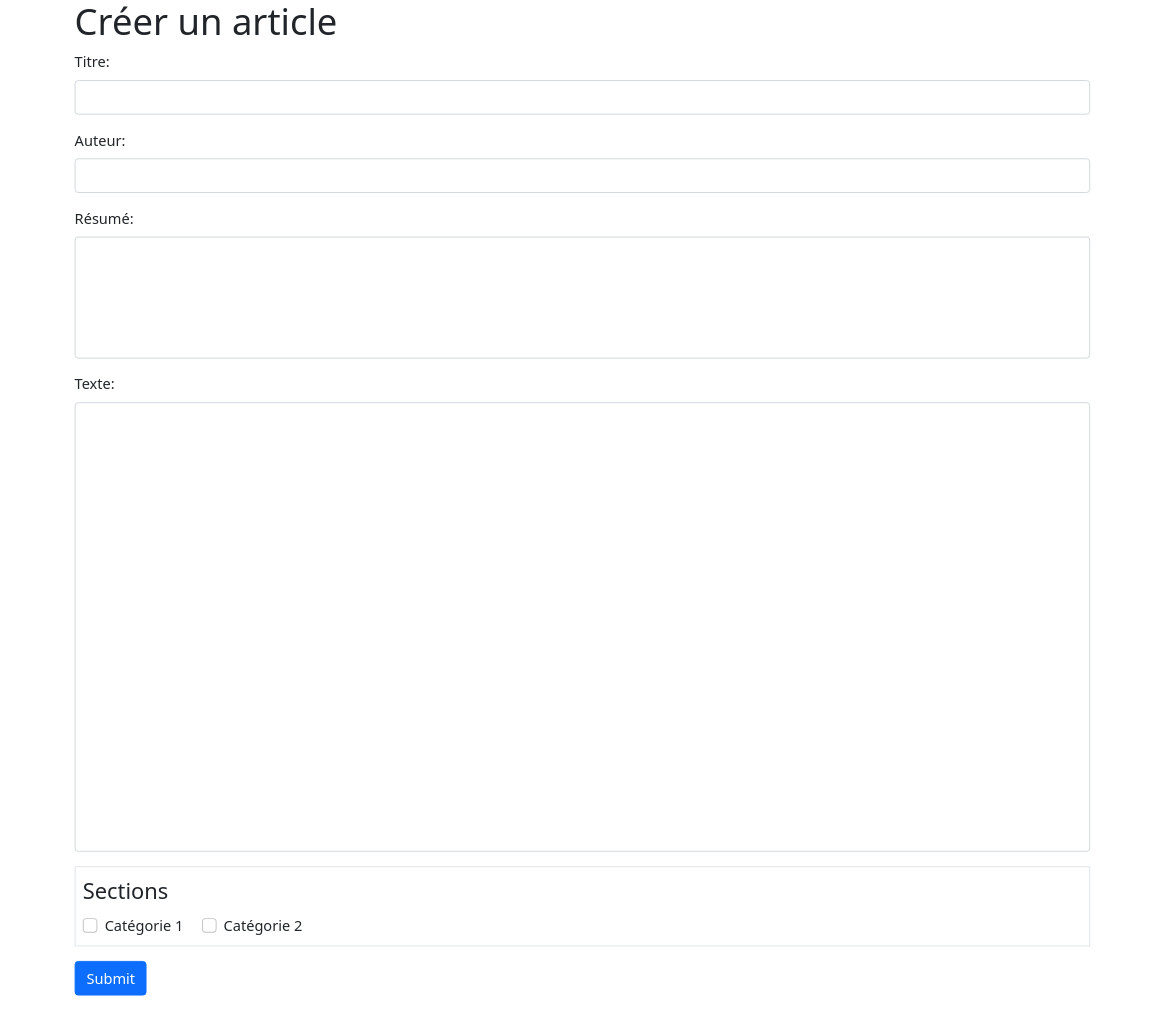
Repository: QuentinFayt/NewsWeb
Page: sources/adminNewsWeb/createArticle.html
These files come from the project's save history. The page is drawn as it stood at one moment and after the next save; the edit follows.
The browser window is 1280 px wide. The pictures show the whole page, at 91% of full size.

Above is the page before, as saved 2021-12-23 11:19:46.

### sources/adminNewsWeb/createArticle.html
<!doctype html>
<html lang="fr">

<head>
    <!-- Required meta tags -->
    <meta charset="utf-8">
    <meta name="viewport" content="width=device-width, initial-scale=1">

    <!-- Bootstrap CSS -->
    <link href="https://cdn.jsdelivr.net/npm/bootstrap@5.1.3/dist/css/bootstrap.min.css" rel="stylesheet" integrity="sha384-1BmE4kWBq78iYhFldvKuhfTAU6auU8tT94WrHftjDbrCEXSU1oBoqyl2QvZ6jIW3" crossorigin="anonymous">

    <title>Créer un article</title>
</head>

<body>
    <main class="container">
        <h1>Créer un article</h1>
        <form>
            <div class="mb-3">
                <label for="titre" class="form-label">Titre:</label>
                <input name="title" type="text" class="form-control" id="titre" required>
            </div>
            <div class="mb-3">
                <label for="autor" class="form-label">Auteur:</label>
                <input name="autor" type="text" class="form-control" id="autor" required>
            </div>
            <div class="mb-3">
                <label for="summary" class="form-label">Résumé:</label>
                <textarea name="summary" class="form-control" id="summary" rows="5" style="resize: none;" required></textarea>
            </div>
            <div class="mb-3">
                <label for="text" class="form-label">Texte:</label>
                <textarea name="text" class="form-control" id="text" rows="20" style="resize: none;" required></textarea>
            </div>
            <fieldset class="border p-2 mb-3">
                <legend>Sections</legend>
                <div class="form-check form-check-inline">
                    <input name="section" class="form-check-input" type="checkbox" id="section1" value="option1">
                    <label class="form-check-label" for="section1">Catégorie 1</label>
                </div>
                <div class="form-check form-check-inline">
                    <input name="section" class="form-check-input" type="checkbox" id="section2" value="option2">
                    <label class="form-check-label" for="section2">Catégorie 2</label>
                </div>
            </fieldset>
            <div class="mb-3">
                <button type="submit" class="btn btn-primary">Submit</button>
            </div>
        </form>
    </main>
    <script src="https://cdn.jsdelivr.net/npm/bootstrap@5.1.3/dist/js/bootstrap.bundle.min.js" integrity="sha384-ka7Sk0Gln4gmtz2MlQnikT1wXgYsOg+OMhuP+IlRH9sENBO0LRn5q+8nbTov4+1p" crossorigin="anonymous"></script>
</body>

</html>

After the next save:
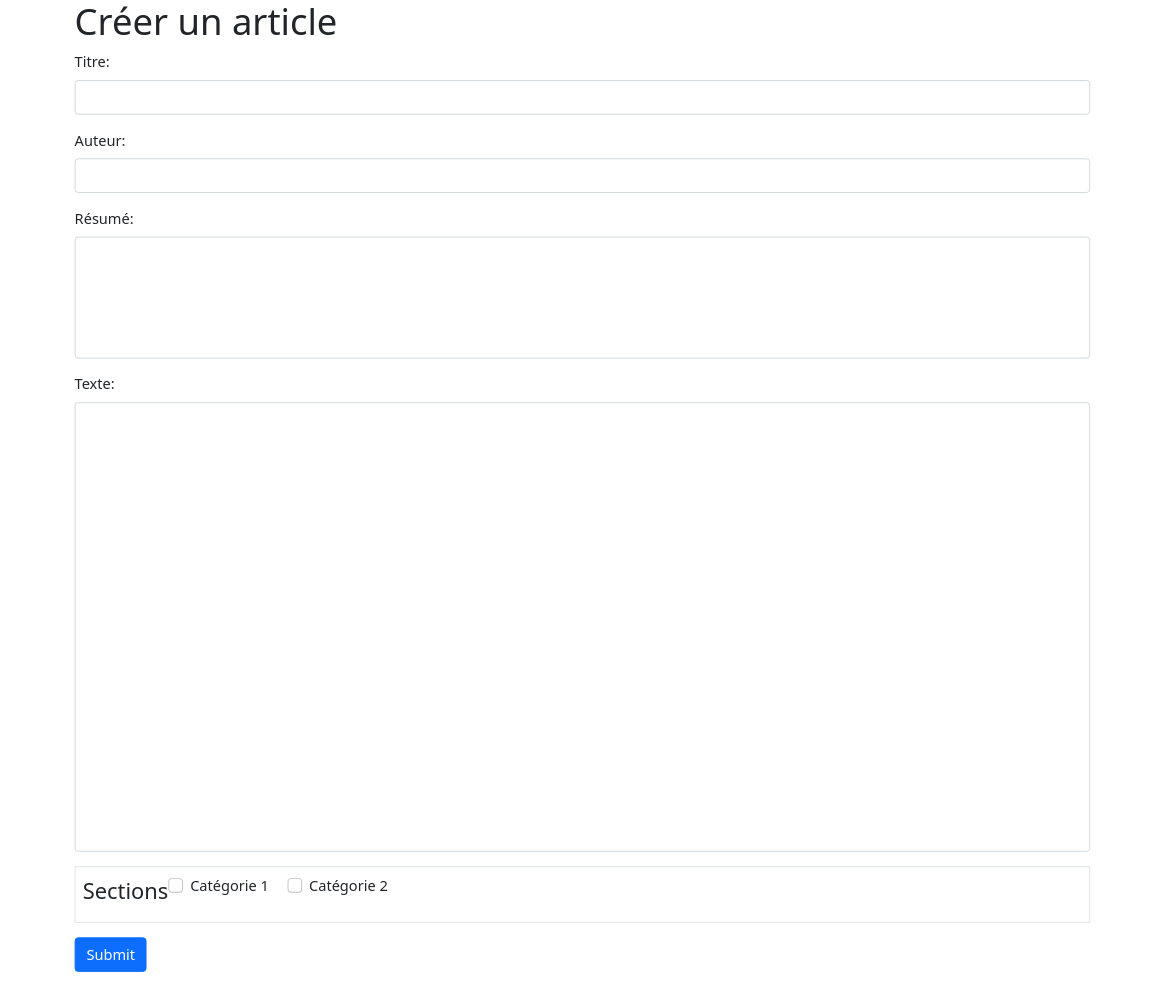
Saved 66 s later.
--- a/sources/adminNewsWeb/createArticle.html
+++ b/sources/adminNewsWeb/createArticle.html
@@ -33,7 +33,7 @@
                 <textarea name="text" class="form-control" id="text" rows="20" style="resize: none;" required></textarea>
             </div>
             <fieldset class="border p-2 mb-3">
-                <legend>Sections</legend>
+                <legend class="w-auto">Sections</legend>
                 <div class="form-check form-check-inline">
                     <input name="section" class="form-check-input" type="checkbox" id="section1" value="option1">
                     <label class="form-check-label" for="section1">Catégorie 1</label>

After the save that followed:
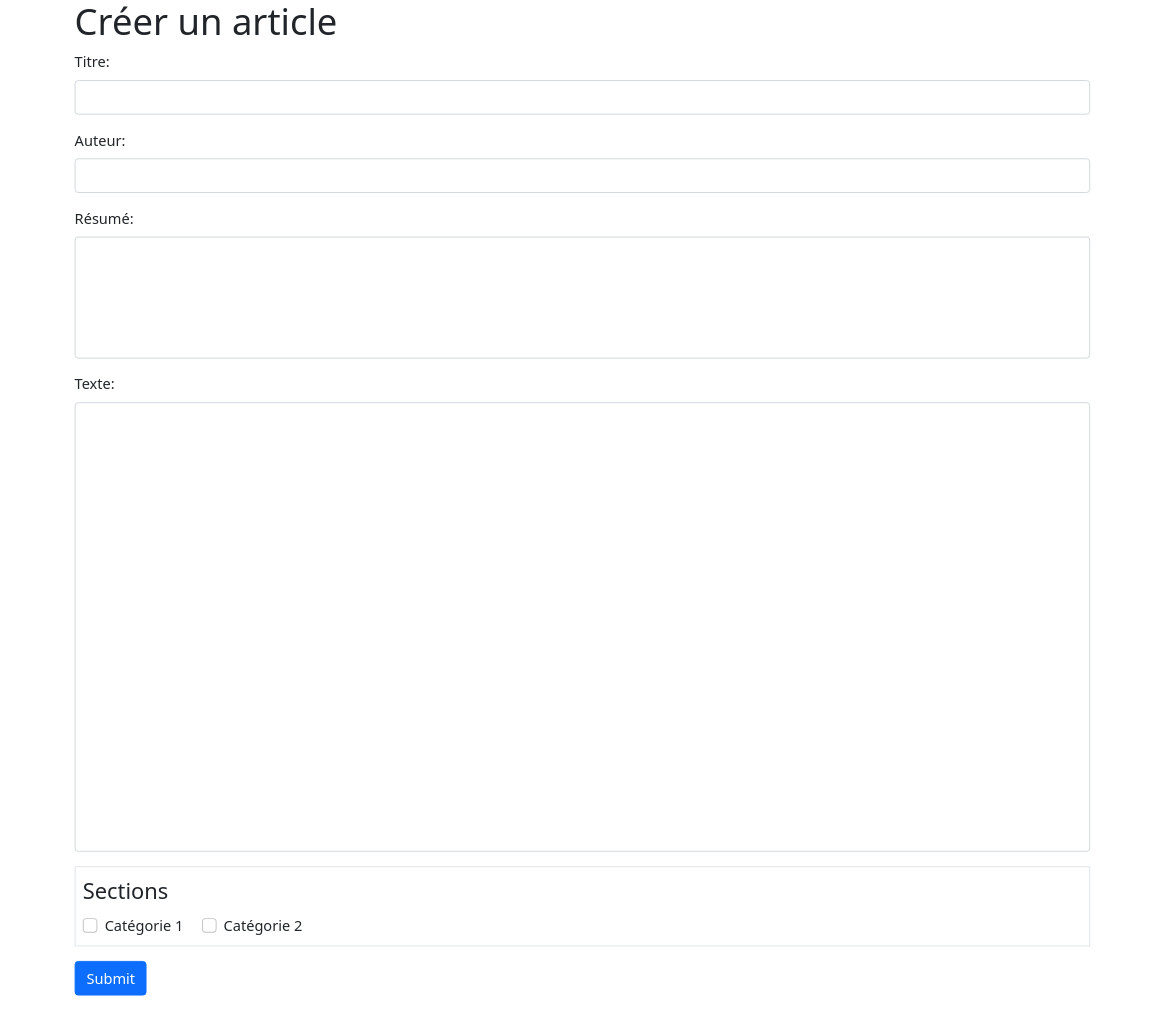
Saved 13 s later.
--- a/sources/adminNewsWeb/createArticle.html
+++ b/sources/adminNewsWeb/createArticle.html
@@ -33,7 +33,7 @@
                 <textarea name="text" class="form-control" id="text" rows="20" style="resize: none;" required></textarea>
             </div>
             <fieldset class="border p-2 mb-3">
-                <legend class="w-auto">Sections</legend>
+                <legend>Sections</legend>
                 <div class="form-check form-check-inline">
                     <input name="section" class="form-check-input" type="checkbox" id="section1" value="option1">
                     <label class="form-check-label" for="section1">Catégorie 1</label>
